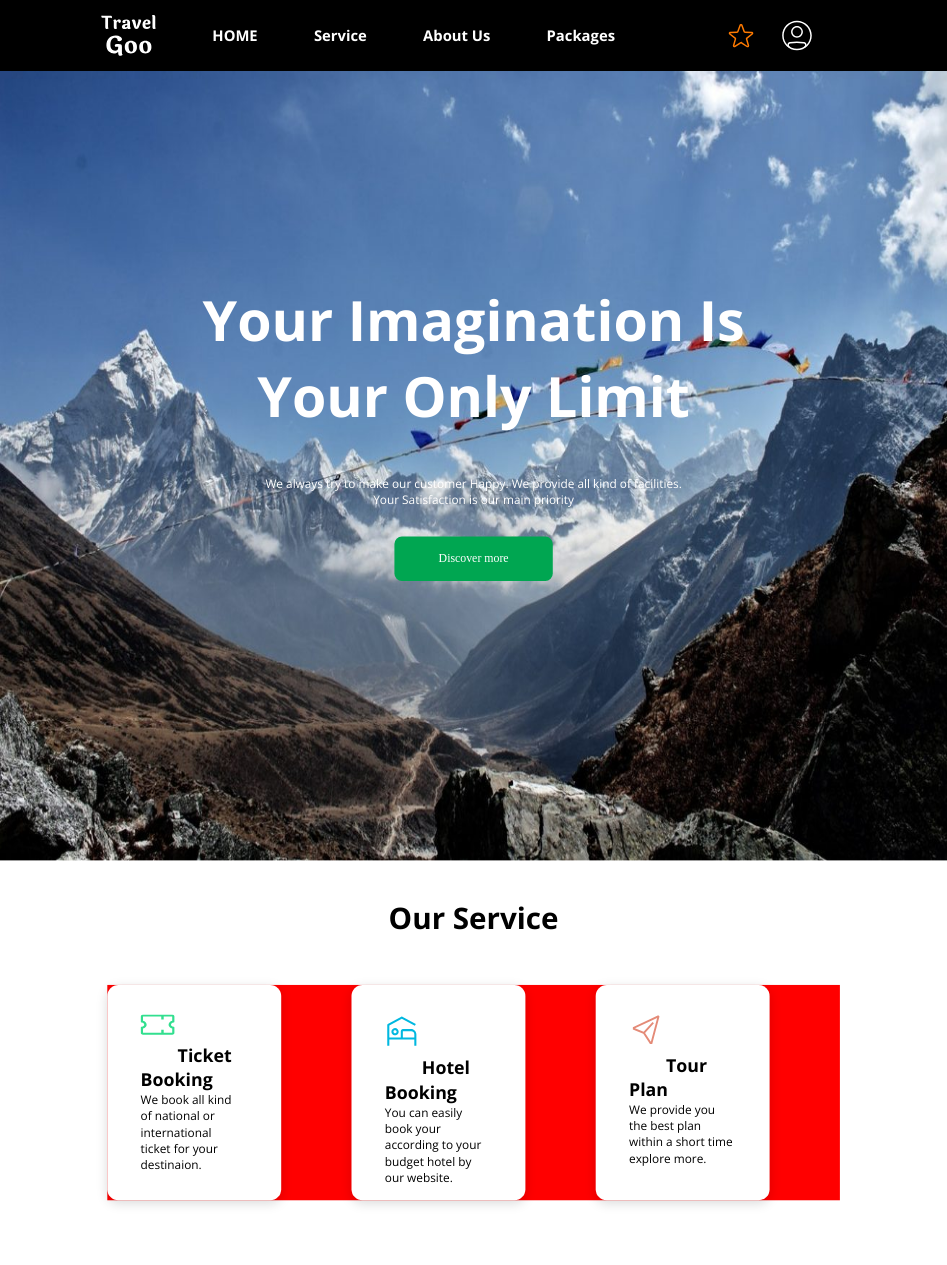
Repository: kubrazamanova/Background-Image
Page: index.html
The author's editor kept a copy of each file at every save. The page is drawn from the files as they stood at one save, then again after the next save.
The browser window is 1280 px wide. The pictures show the whole page, at 74% of full size.

Above is the page before, as saved 2023-10-17 18:57:23.

After the next save:
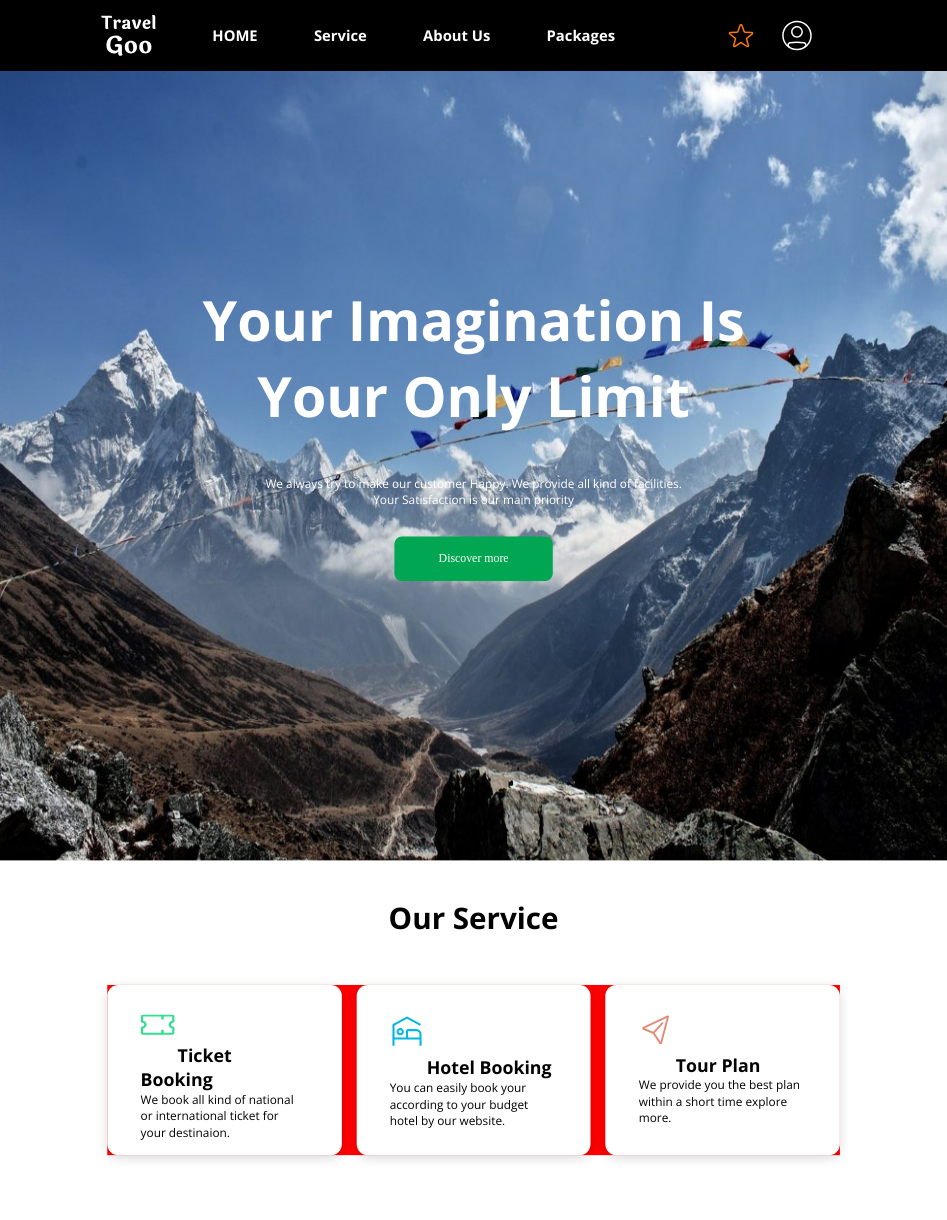
Saved 14 s later.
--- a/index.css
+++ b/index.css
@@ -116,7 +116,7 @@ main {
 .our-service-page ul li {
   width: 32%;
   padding: 40px 50px 20px 45px;
-  margin-right: 95px;
+  /* margin-right: 95px; */
   list-style-type: none;
   border-radius: 15px;
   background-color: #f9f9f9;
